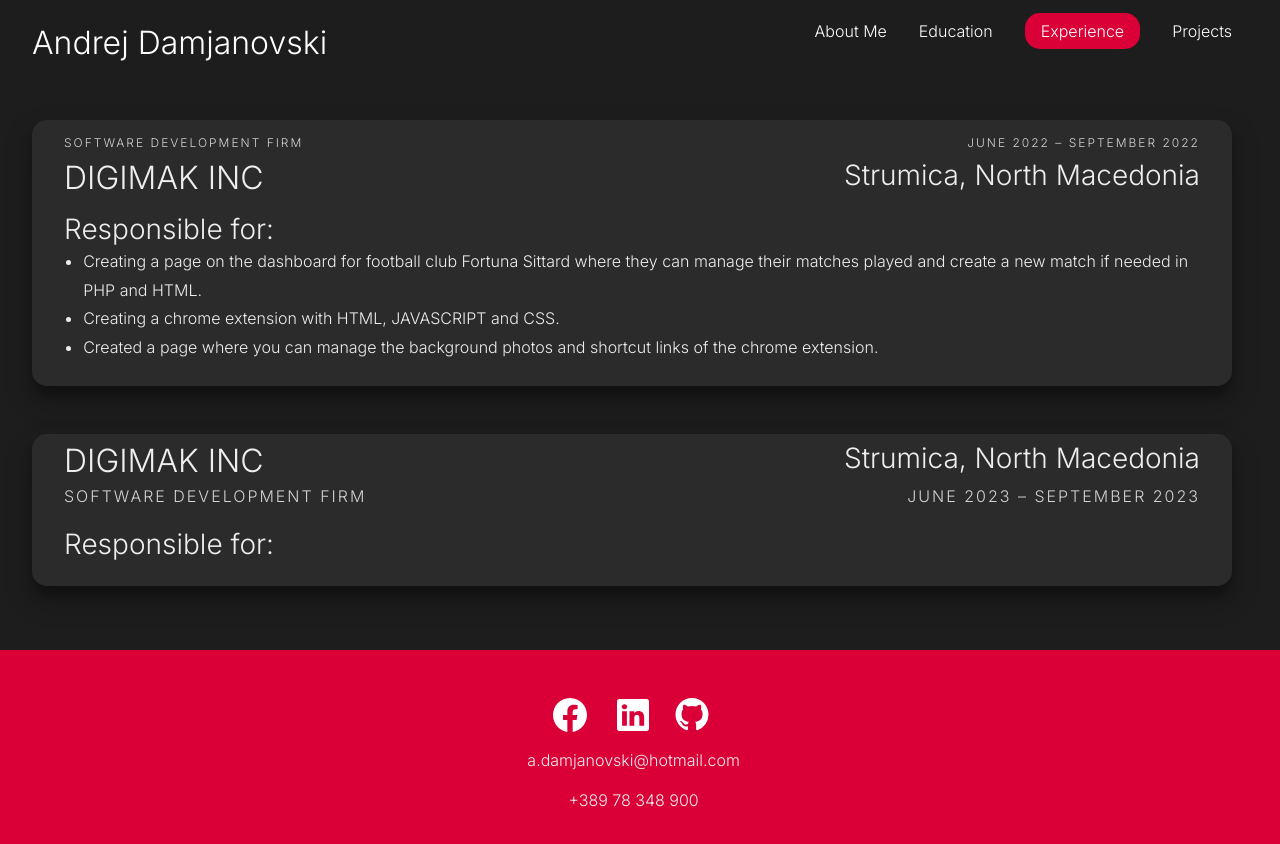
Repository: ADamjanovski/portfolio
Page: experience.html
The author's editor kept a copy of each file at every save. The page is drawn from the files as they stood at one save, then again after the next save.
The browser window is 1280 px wide. The pictures show the whole page.

Above is the page before, as saved 2023-07-03 11:55:47.

After the next save:
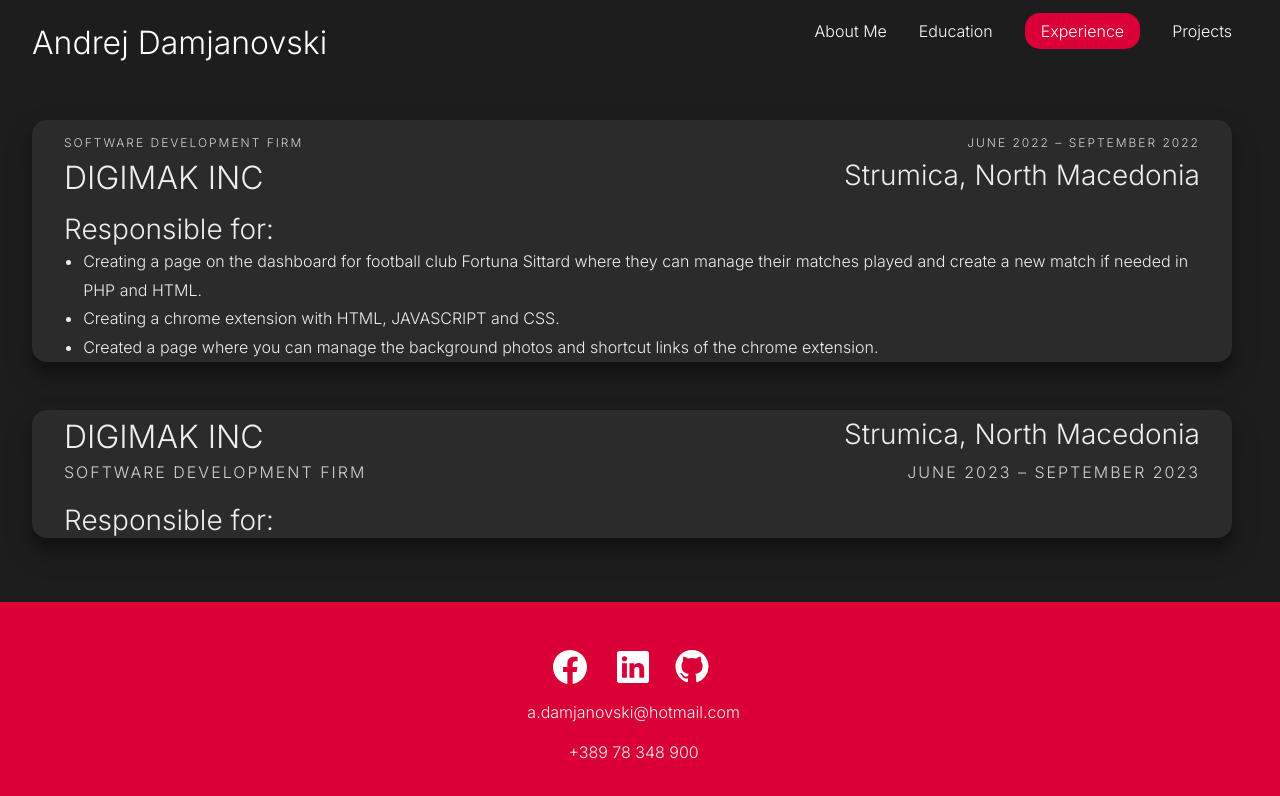
Saved 6 s later.
--- a/style.css
+++ b/style.css
@@ -108,7 +108,7 @@
 .job-description{
     margin:3rem 3rem 3rem 2rem;
     background-color: #2b2b2b;
-    padding:.5rem 2rem 1.5rem 2rem;
+    padding:.5rem 2rem 0rem 2rem;
     border-radius: 15px;
     box-shadow: rgba(0, 0, 0, 0.25) 0px 14px 28px, rgba(0, 0, 0, 0.22) 0px 10px 10px;;
 }

After the save that followed:
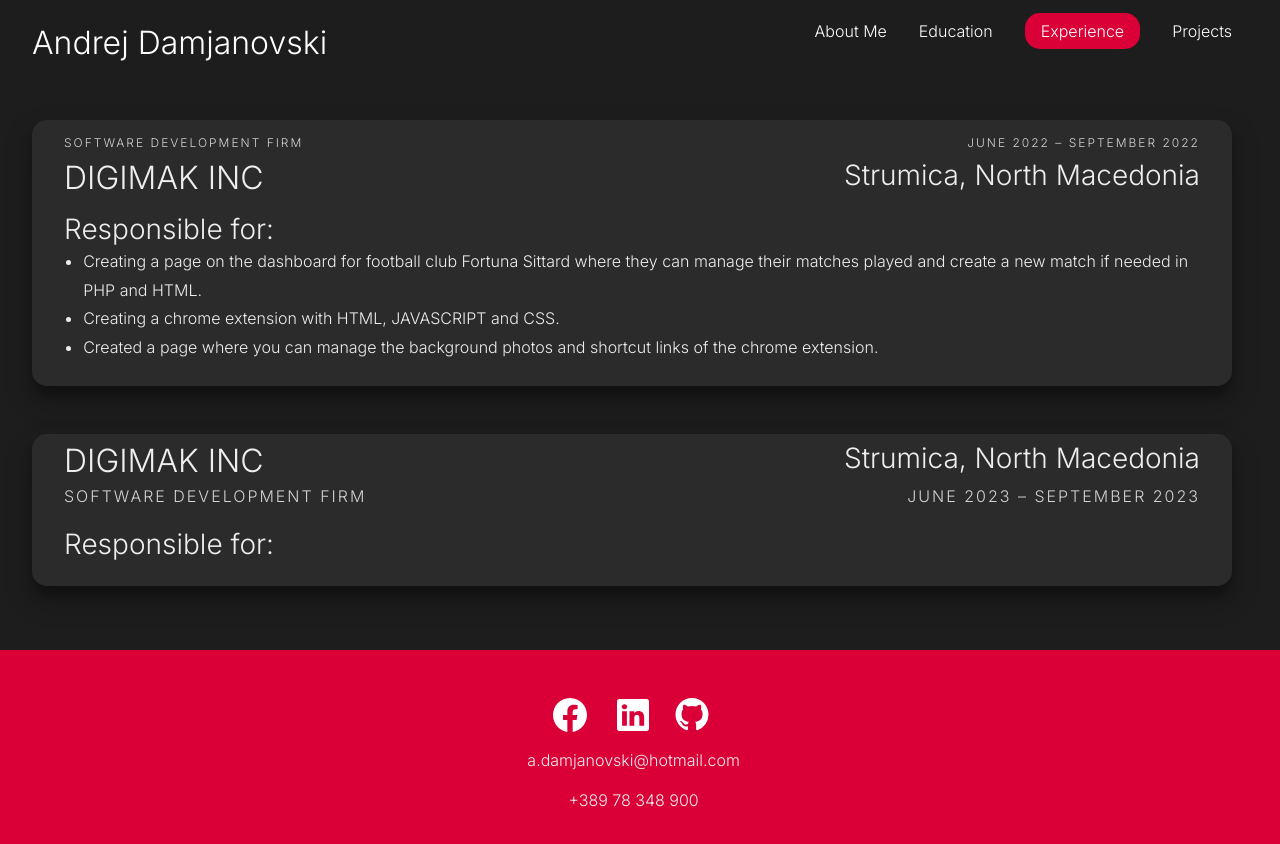
Saved 4 s later.
--- a/style.css
+++ b/style.css
@@ -108,7 +108,7 @@
 .job-description{
     margin:3rem 3rem 3rem 2rem;
     background-color: #2b2b2b;
-    padding:.5rem 2rem 0rem 2rem;
+    padding:.5rem 2rem 1.5rem 2rem;
     border-radius: 15px;
     box-shadow: rgba(0, 0, 0, 0.25) 0px 14px 28px, rgba(0, 0, 0, 0.22) 0px 10px 10px;;
 }
